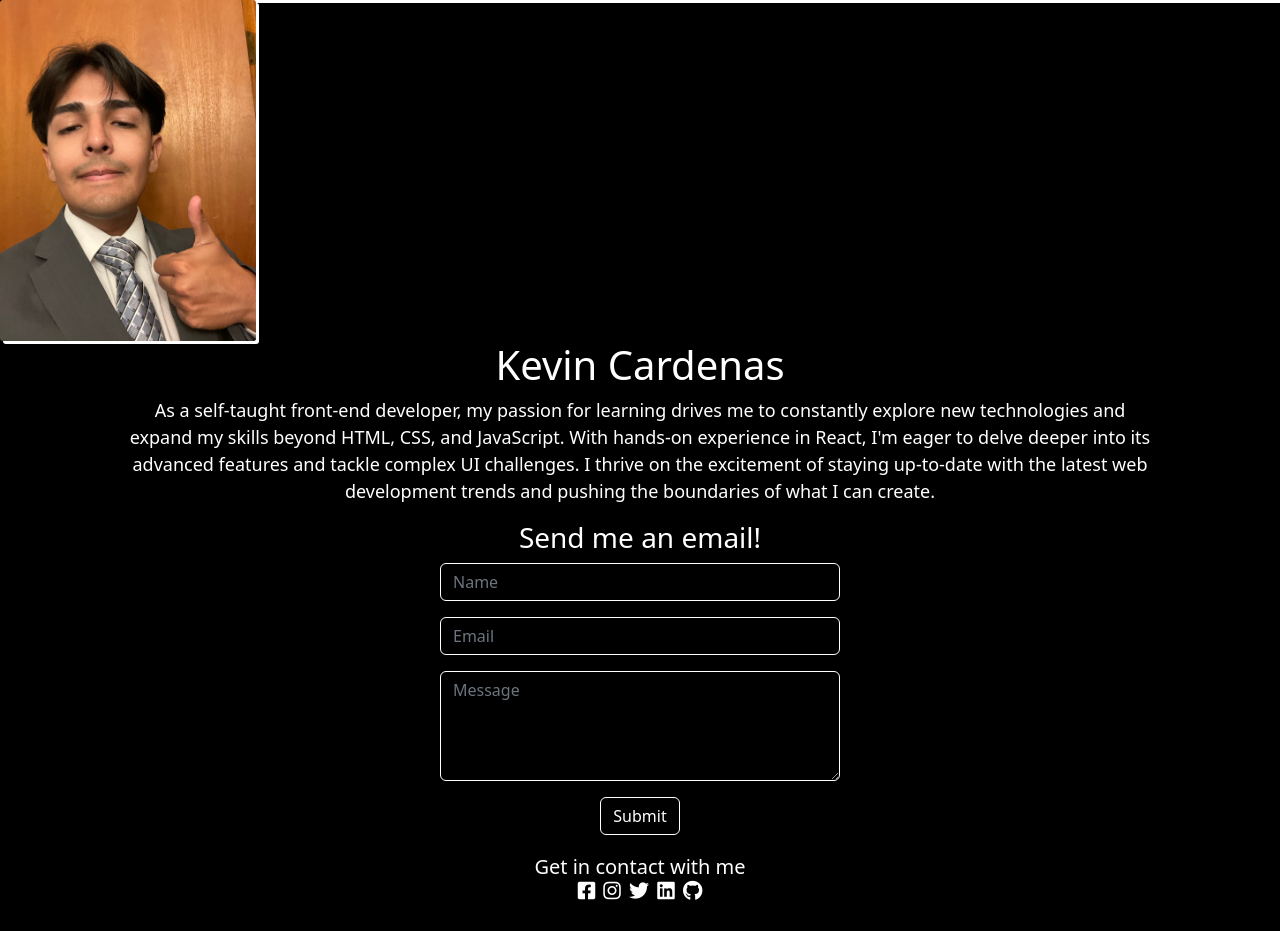
Repository: elqueben/elqueben.github.io
Page: public/index.html
The author's editor kept a copy of each file at every save. The page is drawn from the files as they stood at one save, then again after the next save.
The browser window is 1280 px wide. The pictures show the part of the page from y = 180 to 1111 px (the page is 1111 px tall before and 770 px after).

Above is the page before, as saved 2023-06-20 13:31:14.

After the next save:
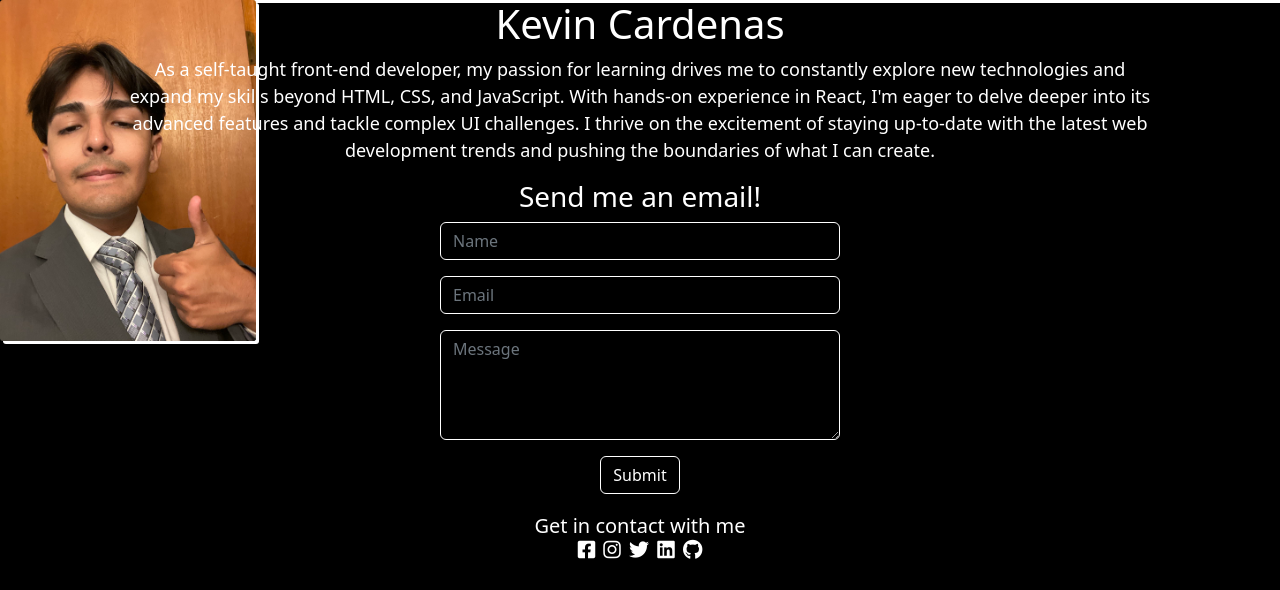
Saved 6 s later.
--- a/public/index.html
+++ b/public/index.html
@@ -9,7 +9,7 @@
   <title>elqueben</title>
 </head>
 <body>
-  <div id="pfp-cont">
+  <div id="pfp-container">
     <div>
     <img id="wallpaper" src="manga.png" alt="Wallpaper Image">
     </div>

After the save that followed:
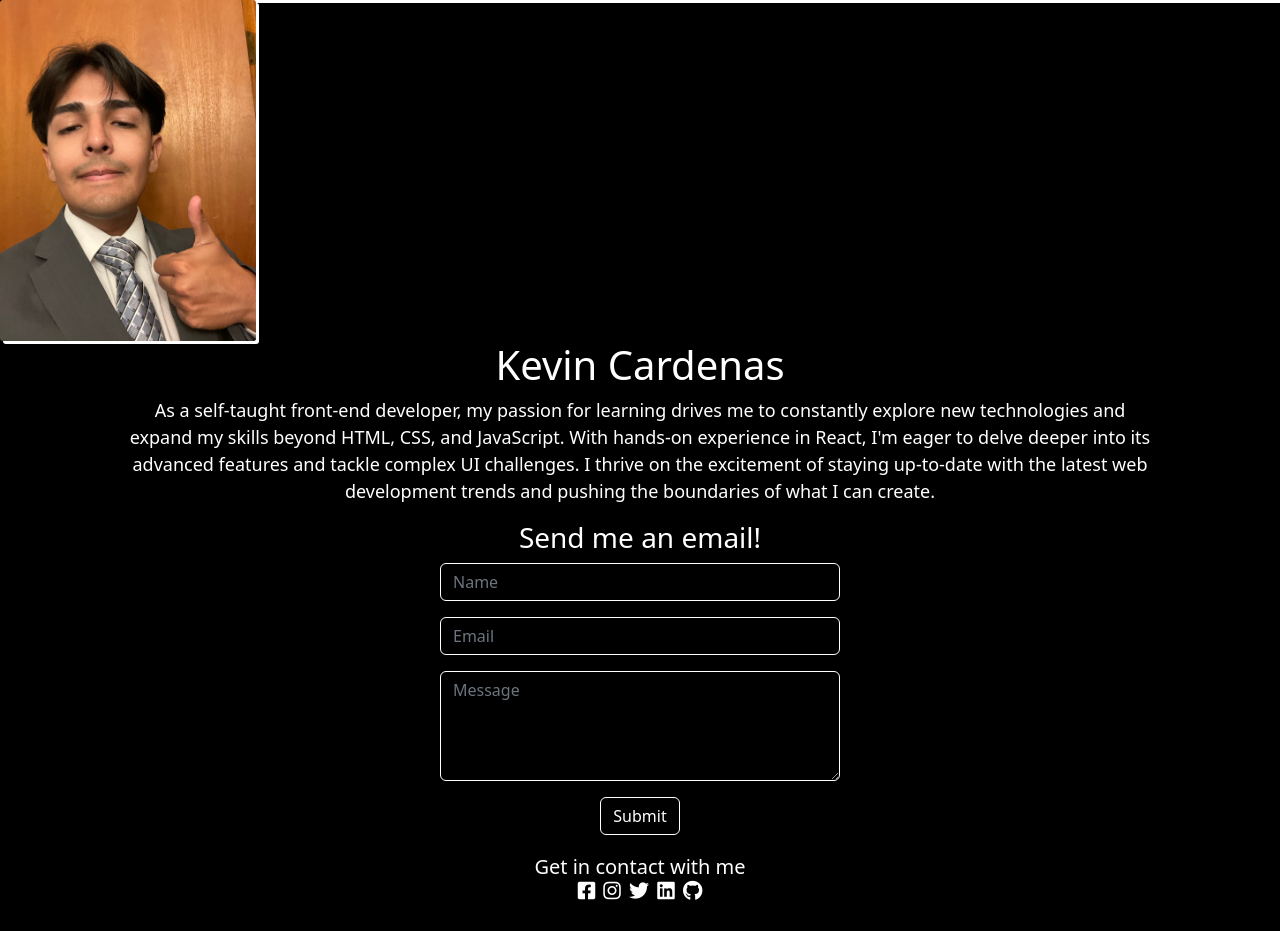
Saved 25 s later.
--- a/public/styles.css
+++ b/public/styles.css
@@ -19,12 +19,6 @@ body {
   box-shadow: 3px 3px #fff;
   object-fit: cover;
 }
-
-#pfp-container {
-    justify-content: center;
-    align-items: center;
-    height: 25vh;
-  }
 
   #pfp {
     width: 20%;
